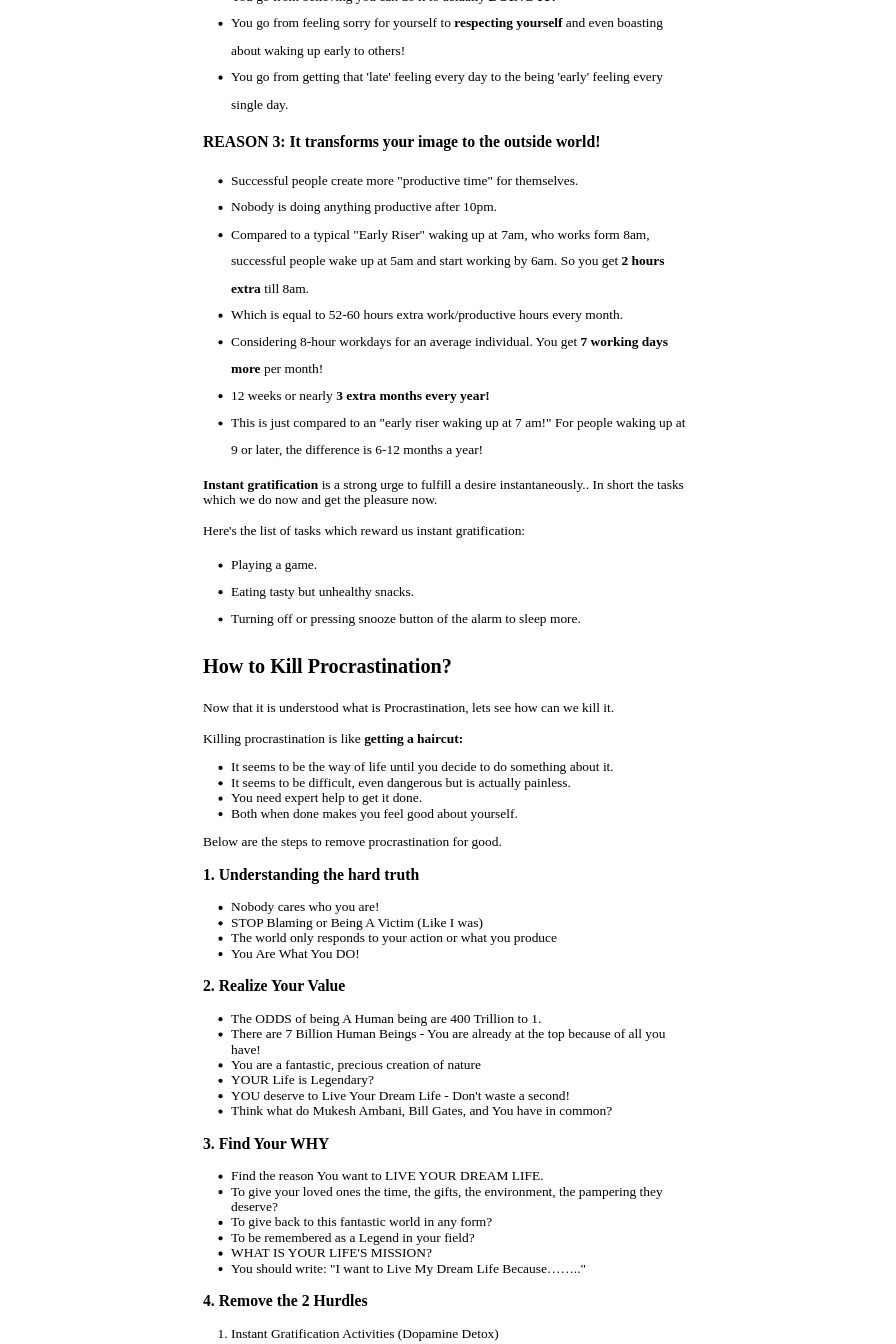
Repository: PuneetP16/Portfolio
Page: Wake Up At 5 AM Every Single Day Like Clockwork.html
The author's editor kept a copy of each file at every save. The page is drawn from the files as they stood at one save, then again after the next save.
The browser window is 1280 px wide. The pictures show the part of the page from y = 2160 to 4080 px (the page is 5740 px tall before and 5663 px after), at 70% of full size.
A picture or video elsewhere on the page could not be fetched, so the positions and the page height are approximate. Some web fonts or font styles are not loaded; a fallback is used.

Above is the page before, as saved 2021-12-10 03:14:21.

After the next save:
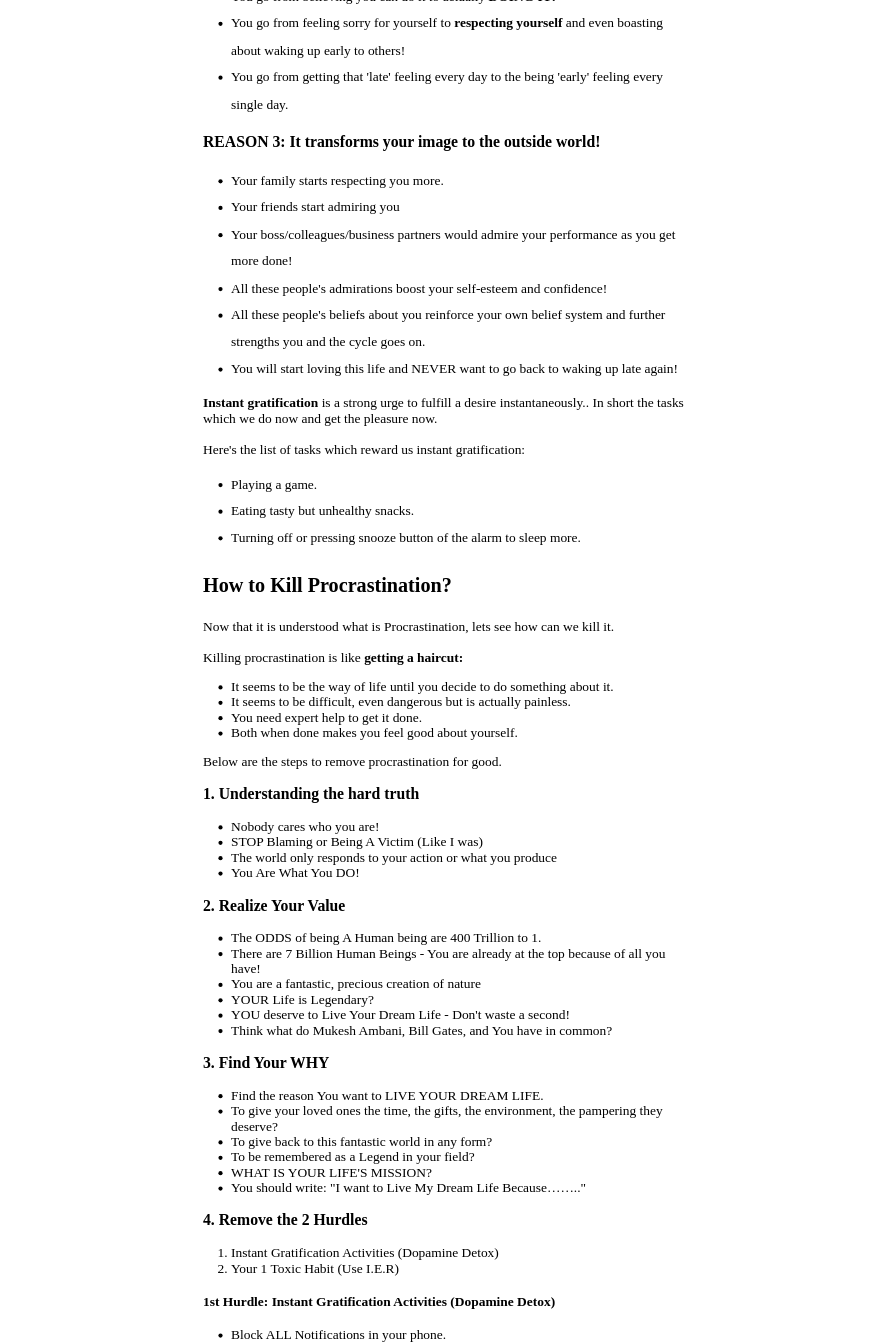
Saved 7 min 41 s later.
--- a/Wake Up At 5 AM Every Single Day Like Clockwork.html
+++ b/Wake Up At 5 AM Every Single Day Like Clockwork.html
@@ -61,13 +61,12 @@
 
         <h3>REASON 3:  It transforms your image to the outside world! </h3>
         <ul style="line-height: 2">
-          <li>Successful people create more "productive time" for themselves.</li>
-          <li>Nobody is doing anything productive after 10pm.</li>
-          <li>Compared to a typical "Early Riser" waking up at 7am, who works form 8am, successful people wake up at 5am and start working by 6am. So you get <strong>2 hours extra</strong> till 8am. </li>
-           <li>Which is equal to 52-60 hours extra work/productive hours every month.</li>
-           <li>Considering 8-hour workdays for an average individual. You get <strong> 7 working days more</strong> per month!</li>
-           <li>12 weeks or nearly <strong> 3 extra months every year!</strong> </li>
-           <li>This is just compared to an "early riser waking up at 7 am!" For people waking up at 9 or later, the difference is 6-12 months a year!</li>
+          <li>Your family starts respecting you more.</li>
+          <li>Your friends start admiring you </li>
+          <li>Your boss/colleagues/business partners would admire your performance as you get more done!</li>
+           <li>All these people's admirations boost your self-esteem and confidence! </li>
+           <li>All these people's beliefs about you reinforce your own belief system and further strengths you and the cycle goes on.</li>
+           <li>You will start loving this life and NEVER want to go back to waking up late again!</li>
         </ul>
 
       </p>
